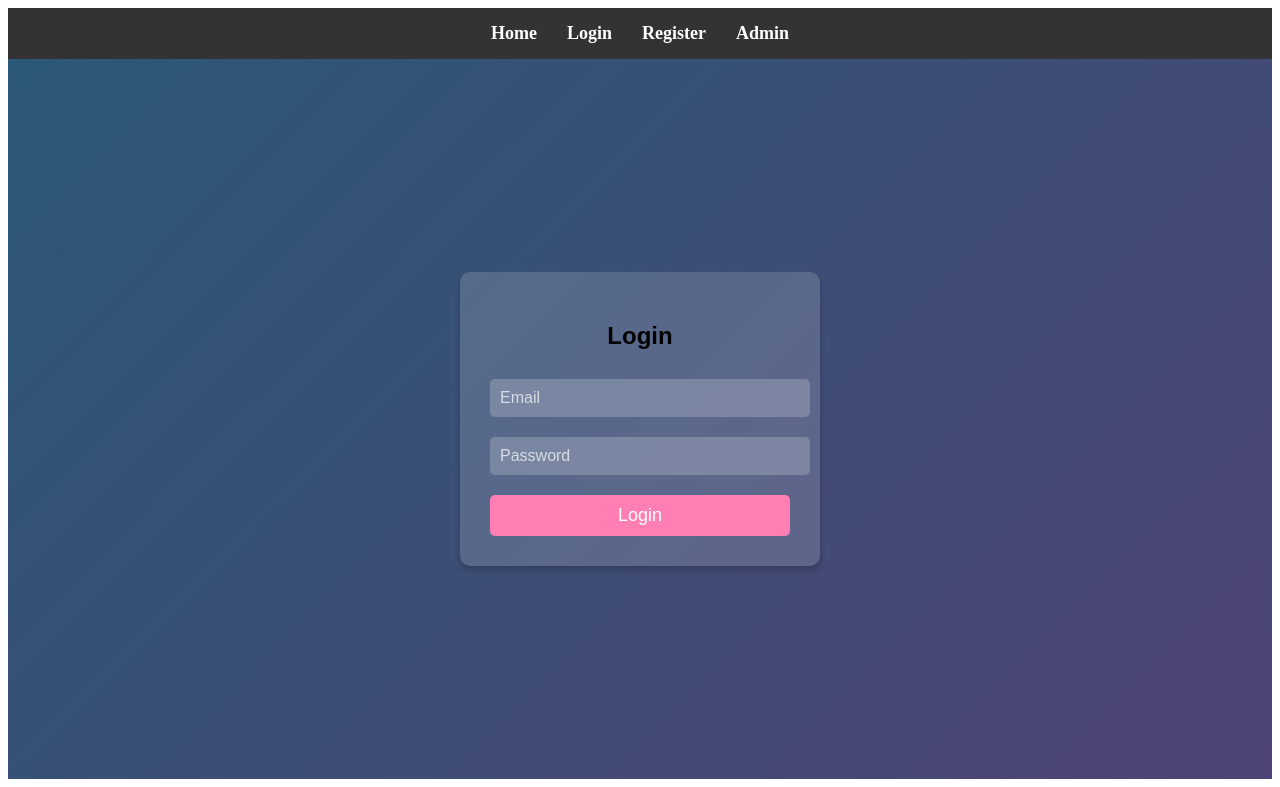
Repository: AhmedIbu/angular-login-app
Page: /login (app in angular-login-app/)
An editor plug-in stored every save of this project. The page is shown before and after the next save, followed by the edit.
The browser window is 1280 px wide. The pictures show the whole page.
The project was rebuilt for these pictures with package versions that can differ from the ones it lists, and the page was loaded fresh each time. Also part of the build but not shown: angular-login-app/angular.json, angular-login-app/src/app/home/home.component.ts, angular-login-app/src/app/register/register.component.ts, angular-login-app/src/app/services/user.service.ts, angular-login-app/src/app/admin-dashboard/admin-dashboard.component.ts, angular-login-app/src/app/admin-login/admin-login.component.ts, angular-login-app/src/app/user-dashboard/user-dashboard.component.ts.

Above is the page before, as saved 2025-02-21 11:28:41.

### angular-login-app/src/index.html
<!doctype html>
<html lang="en">
<head>
  <meta charset="utf-8">
  <title>AngularLoginApp</title>
  <base href="/">
  <meta name="viewport" content="width=device-width, initial-scale=1">
  <link rel="icon" type="image/x-icon" href="favicon.ico">
</head>
<body>
  <app-root></app-root>
</body>
</html>

### angular-login-app/src/styles.css
/*  app components css   */

/* Style the navigation bar */
.navbar {
  background: #333;
  padding: 15px;
  text-align: center;
}

/* Style the list */
.nav-list {
  list-style: none;
  padding: 0;
  margin: 0;
  display: flex;
  justify-content: center;
}

/* Style the navigation links */
.nav-list li {
  margin: 0 15px;
}

.nav-link {
  text-decoration: none;
  color: white;
  font-size: 18px;
  font-weight: bold;
  transition: color 0.3s ease-in-out;
}

/* Hover effect */
.nav-link:hover {
  color: #385348;
}

/* Responsive design */
@media (max-width: 600px) {
  .nav-list {
    flex-direction: column;
  }

  .nav-list li {
    margin-bottom: 10px;
  }
}

### angular-login-app/src/main.ts
import { bootstrapApplication } from '@angular/platform-browser';
import { appConfig } from './app/app.config';
import { AppComponent } from './app/app.component';
import { provideHttpClient } from '@angular/common/http';

bootstrapApplication(AppComponent, {
  ...appConfig, // ✅ Spread existing config
  providers: [
    ...appConfig.providers, // ✅ Keep existing providers
    provideHttpClient() // ✅ Ensure HTTP client is provided
  ]
}).catch(err => console.error(err));

### angular-login-app/src/app/app.config.ts
import { ApplicationConfig } from '@angular/core';
import { provideRouter, Routes } from '@angular/router';
import { provideHttpClient } from '@angular/common/http';

// ✅ Import standalone components
import { HomeComponent } from './home/home.component';
import { LoginComponent } from './login/login.component';
import { RegisterComponent } from './register/register.component';
import { AdminDashboardComponent } from './admin-dashboard/admin-dashboard.component';
import { AdminLoginComponent } from './admin-login/admin-login.component';
import { UserDashboardComponent } from './user-dashboard/user-dashboard.component';

// ✅ Define routes
const routes: Routes = [
  { path: '', component: HomeComponent}, // Default route
  { path: 'login', component: LoginComponent },
  { path: 'register', component: RegisterComponent },
  { path: 'admin-login', component: AdminLoginComponent },
  { path: 'user-dashboard', component: UserDashboardComponent },
  { path: 'admin-dashboard', component: AdminDashboardComponent },
  { path: '**', redirectTo: 'user-dashboard' } // Catch-all for unknown routes
];

export const appConfig: ApplicationConfig = {
  providers: [
    provideRouter(routes),
    provideHttpClient()
  ]
};

### angular-login-app/src/app/app.component.ts
import { Component } from '@angular/core';
import { RouterModule } from '@angular/router';

@Component({
  selector: 'app-root',
  standalone: true,
  imports: [RouterModule],
  templateUrl: './app.component.html',
  styleUrls: ['./app.component.css','../styles.css']
})
export class AppComponent { }

### angular-login-app/src/app/login/login.component.ts
import { Component, OnInit } from '@angular/core';
import { Router } from '@angular/router';
import { AuthService } from '../services/auth.service';
import { CommonModule } from '@angular/common';
import { FormGroup, FormBuilder, ReactiveFormsModule, Validators } from '@angular/forms';

@Component({
  selector: 'app-login',
  standalone: true,
  templateUrl: './login.component.html',
  styleUrls: ['./login.component.css'],
  imports: [CommonModule, ReactiveFormsModule]
})
export class LoginComponent implements OnInit {

  loginForm!: FormGroup;
  errorMessage = '';
  loading = false;  // ✅ Added loading state

  constructor(
    private fb: FormBuilder,
    private authService: AuthService,
    private router: Router
  ) {}

  ngOnInit() {
    // ✅ Initialize the login form with validation
    this.loginForm = this.fb.group({
      email: ['', [Validators.required, Validators.email]],  // Email validation
      password: ['', [Validators.required, Validators.minLength(4)]]  // Password min length: 6
    });
  }

  onLogin() {
    if (this.loginForm.invalid) {
      this.loginForm.markAllAsTouched(); // ✅ Highlight invalid fields
      return;
    }

    this.loading = true;
    this.errorMessage = '';

    const loginData = this.loginForm.value;
    console.log('📨 Sending Login Data:', loginData);

    this.authService.login(loginData).subscribe({
      next: (response: any) => {
        console.log('✅ Login Successful:', response);
        alert('Login successful!');
        this.router.navigate(['/dashboard']);
      },
      error: (error) => {
        console.error('🔥 API Error:', error);
        this.errorMessage = error.error?.message || 'Login failed. Try again.';
        alert(this.errorMessage);
      },
      complete: () => {
        this.loading = false;
      }
    });
  }
}

### angular-login-app/src/app/app.component.html
<nav class="navbar">
  <ul class="nav-list">
    <li><a routerLink="/" class="nav-link">Home</a></li>
    <li><a routerLink="/login" class="nav-link">Login</a></li>
    <li><a routerLink="/register" class="nav-link">Register</a></li>
    <li><a routerLink="/admin-login" class="nav-link">Admin</a></li>
  </ul>
</nav>

<router-outlet></router-outlet>

### angular-login-app/src/app/login/login.component.html
<div class="login-container">
  <div class="login-box">
    <h2>Login</h2>
      <form [formGroup]="loginForm" (ngSubmit)="onLogin()">
        <input type="email" formControlName="email" placeholder="Email" required />
        <input type="password" formControlName="password" placeholder="Password" required />
        <button type="submit" class="login-btn" >Login</button>
    </form>
  </div>
</div>
<p *ngIf="errorMessage" style="color: red;">{{ errorMessage }}</p>

### angular-login-app/src/app/login/login.component.css
/* Centering the login form */
.login-container {
  display: flex;
  justify-content: center;
  align-items: center;
  height: 100vh;
  background: linear-gradient(135deg, #2b5876, #4e4376); /* Same gradient as register */
  font-family: "Poppins", sans-serif;
}

/* Login form styling */
.login-box {
  background: rgba(255, 255, 255, 0.15);
  padding: 30px;
  border-radius: 10px;
  box-shadow: 0 4px 6px rgba(0, 0, 0, 0.2);
  width: 300px;
  text-align: center;
}

/* Input fields */
.login-box input {
  width: 100%;
  padding: 10px;
  margin: 10px 0;
  border: none;
  border-radius: 5px;
  background: rgba(255, 255, 255, 0.2);
  color: #fff;
  font-size: 16px;
  outline: none;
}

/* Placeholder text */
.login-box input::placeholder {
  color: rgba(255, 255, 255, 0.7);
}

/* Login button */
.login-box button {
  width: 100%;
  padding: 10px;
  margin-top: 10px;
  border: none;
  border-radius: 5px;
  background: #ff7eb3; /* Matching register button color */
  color: white;
  font-size: 18px;
  cursor: pointer;
  transition: 0.3s ease-in-out;
}

/* Button hover effect */
.login-box button:hover {
  background: #ff4f8b;
  transform: scale(1.05);
}

/* Forgot password & Register links */
.login-box p {
  margin-top: 10px;
  font-size: 14px;
  color: white;
}

.login-box a {
  color: #ffb3d9;
  text-decoration: none;
  font-weight: bold;
}

.login-box a:hover {
  text-decoration: underline;
}

### angular-login-app/src/app/services/auth.service.ts
import { Injectable } from '@angular/core';
import { HttpClient, HttpHeaders } from '@angular/common/http';
import { Observable, BehaviorSubject, of } from 'rxjs';
import { map, catchError, tap } from 'rxjs/operators';

@Injectable({
  providedIn: 'root'
})
export class AuthService {
  private apiUrl = 'http://127.0.0.1:5000'; // ✅ Flask API URL
  private isAuthenticated = new BehaviorSubject<boolean>(this.hasToken());

  constructor(private http: HttpClient) {}

  // ✅ Regular User Login (API)
  login(credentials: { email: string; password: string }): Observable<{ success: boolean; token?: string; isAdmin?: boolean }> {
    const headers = new HttpHeaders({ 'Content-Type': 'application/json' });

    return this.http.post<{ token: string; isAdmin: boolean }>(`${this.apiUrl}/login`, credentials, { headers }).pipe(
      tap(response => console.log('✅ User Login API Response:', response)), // ✅ Log API response
      map(response => {
        if (response.token) {
          this.saveToken(response.token);
          localStorage.setItem('isAdmin', JSON.stringify(response.isAdmin));
          return { success: true, token: response.token, isAdmin: response.isAdmin };
        }
        return { success: false };
      }),
      catchError(error => {
        console.error('❌ Login Error:', error);
        return of({ success: false });
      })
    );
  }

  // ✅ Admin Login (API Call)
  adminLogin(email: string, password: string): Observable<{ success: boolean; token?: string }> {
    const headers = new HttpHeaders({ 'Content-Type': 'application/json' });

    return this.http.post<{ success: boolean; token?: string }>(`${this.apiUrl}/admin-login`, { email, password }, { headers }).pipe(
      tap(response => console.log('✅ Admin Login API Response:', response)), // ✅ Log API response
      map(response => {
        if (response.success && response.token) {
          this.saveToken(response.token);
          localStorage.setItem('admin', 'true'); // ✅ Save admin status
          return { success: true, token: response.token };
        }
        return { success: false };
      }),
      catchError(error => {
        console.error('❌ Admin Login Error:', error);
        return of({ success: false });
      })
    );
  }

  // ✅ Save Token
  saveToken(token: string) {
    localStorage.setItem('token', token);
    this.isAuthenticated.next(true);
  }

  // ✅ Retrieve Token
  getToken(): string | null {
    return localStorage.getItem('token');
  }

  // ✅ Check if Token Exists
  hasToken(): boolean {
    return !!localStorage.getItem('token');
  }

  // ✅ Check if Admin is Logged In
  isAdmin(): boolean {
    return localStorage.getItem('admin') === 'true' && this.hasToken();
  }

  // ✅ User Registration
  register(userData: any): Observable<any> {
    return this.http.post(`${this.apiUrl}/register`, userData).pipe(
      tap(response => {
        console.log('✅ Registration successful', response);
        alert('Registration successful! You can now log in.');
      }),
      catchError(error => {
        console.error('❌ Registration failed', error);
        alert('Registration failed. Try again.');
        return of(null);
      })
    );
  }

  // ✅ Logout & Clear Everything
  logout() {
    localStorage.removeItem('token');
    localStorage.removeItem('admin');
    this.isAuthenticated.next(false);
    window.location.reload(); // 🔹 Force refresh to clear session issues
  }

  // ✅ Observe Auth Status (for Guards)
  isAuthenticated$(): Observable<boolean> {
    return this.isAuthenticated.asObservable();
  }
}

Loaded but not shown: angular-login-app/src/app/app.component.css (no stored copy; drawn as an empty file)

After the next save:
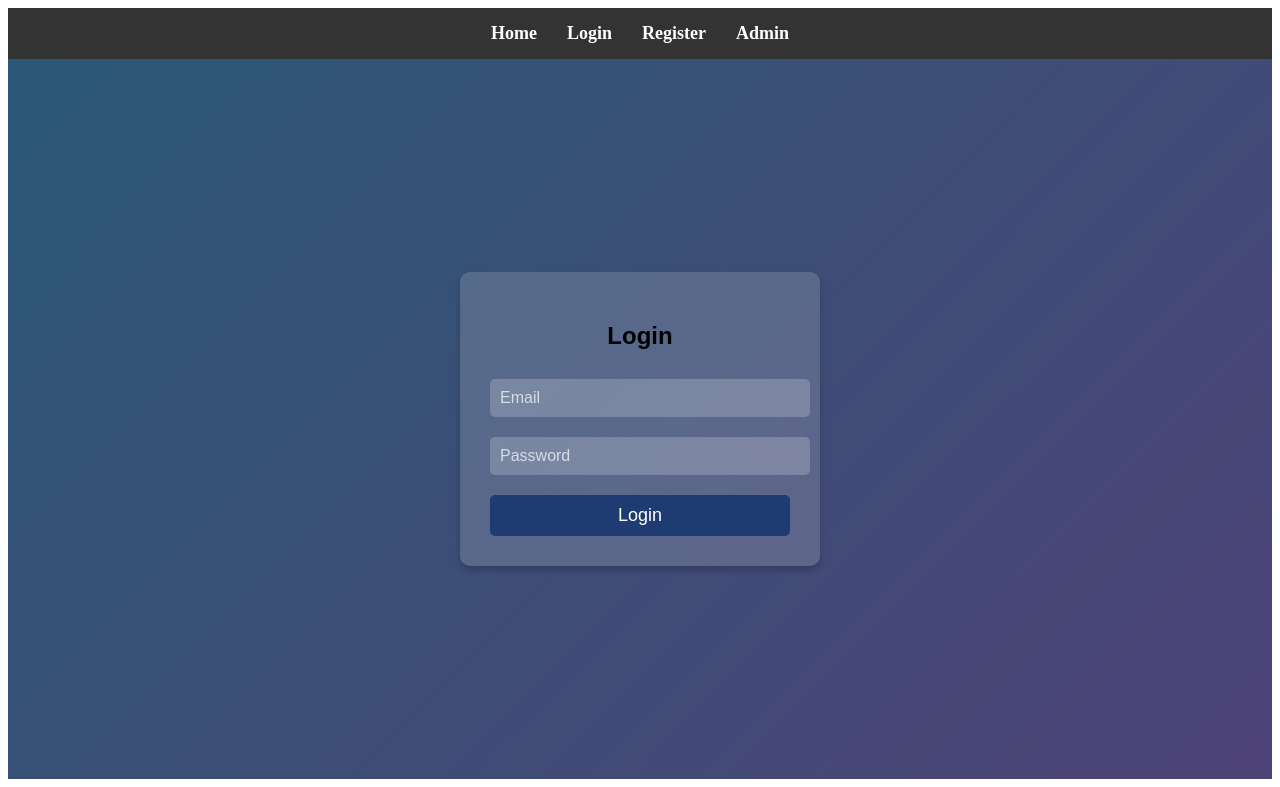
Saved 49 s later.
--- a/angular-login-app/src/app/login/login.component.css
+++ b/angular-login-app/src/app/login/login.component.css
@@ -43,7 +43,7 @@
   margin-top: 10px;
   border: none;
   border-radius: 5px;
-  background: #ff7eb3; /* Matching register button color */
+  background: #1e3c72; /* Matching register button color */
   color: white;
   font-size: 18px;
   cursor: pointer;
